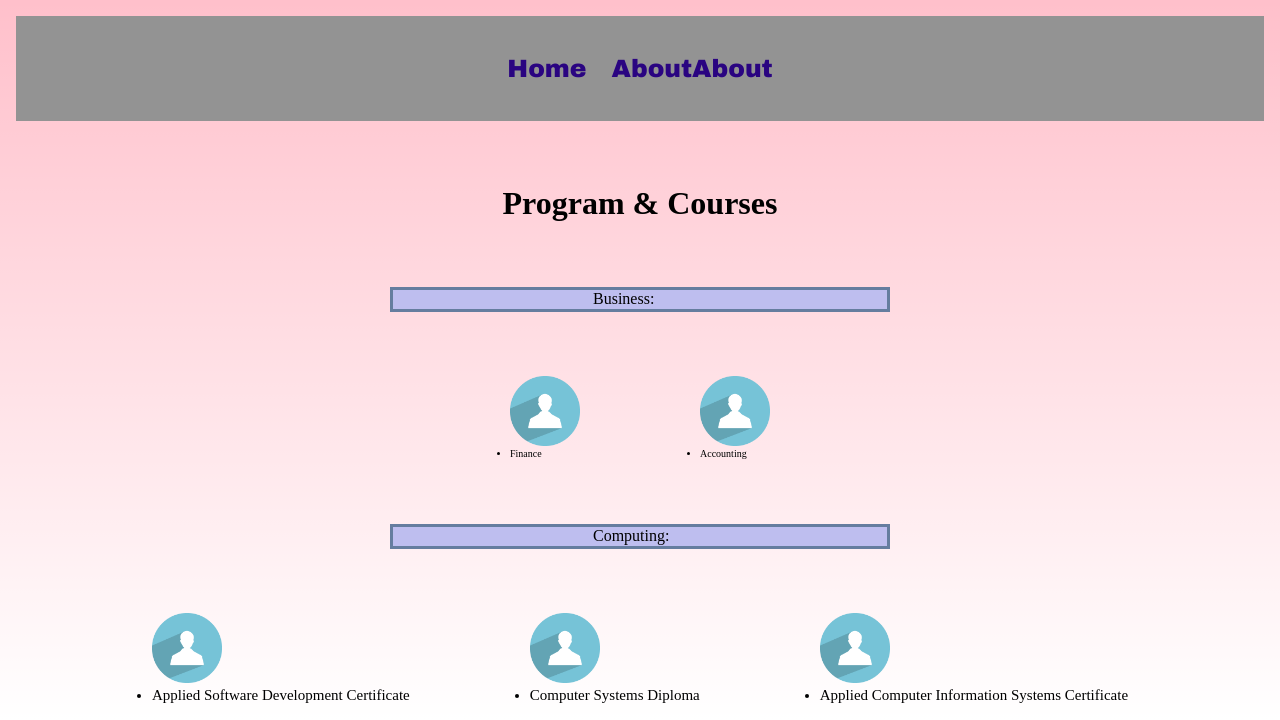
Repository: anoncoderin/madhu-assignment3
Page: /
These files come from the project's save history. The page is drawn as it stood at one moment and after the next save; the edit follows.
The browser window is 1280 px wide. The pictures show the whole page.
The project was rebuilt for these pictures with package versions that can differ from the ones it lists, and the page was loaded fresh each time. The framework's server and built-in components were replaced by stand-ins that run in the browser. Also part of the build but not shown: next.config.js, components/Card/Card.module.css.

Above is the page before, as saved 2023-01-22 23:05:44.

After the next save:
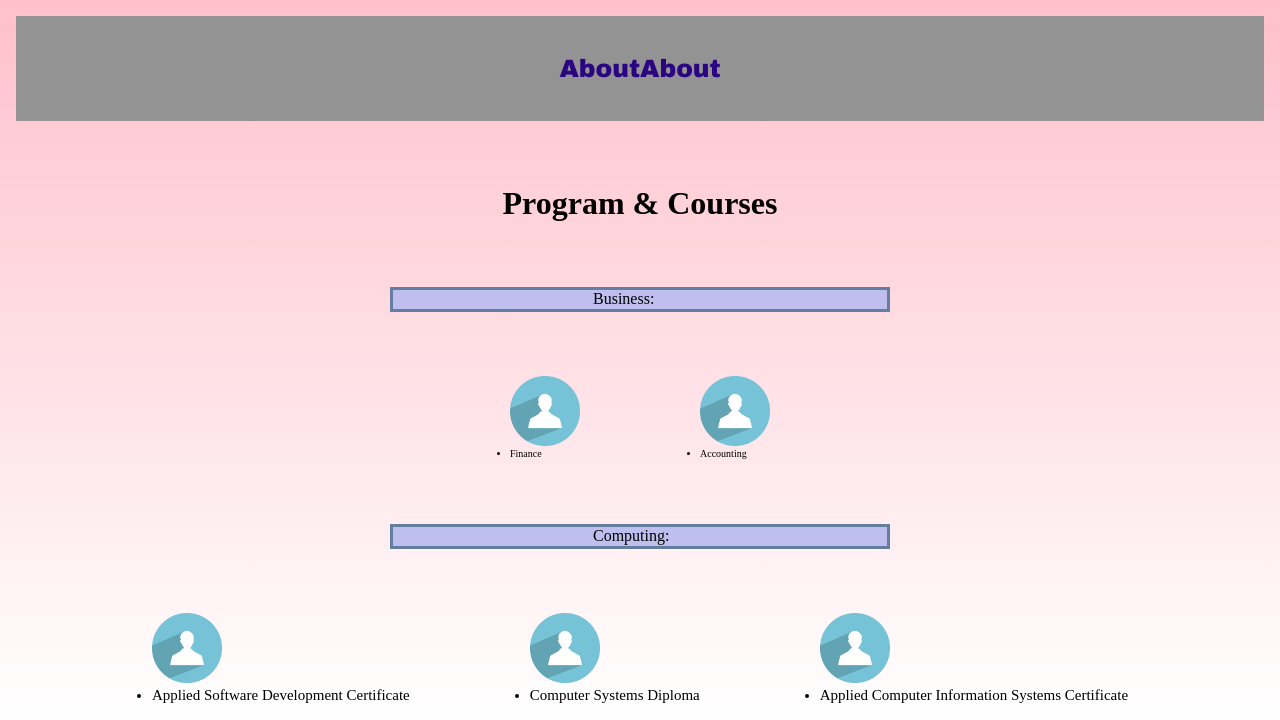
Saved 7 s later.
--- a/pages/index.js
+++ b/pages/index.js
@@ -19,7 +19,7 @@
       <main className={styles.main}>
         <div className={styles.nav}>
         <p>
-          Home &nbsp;&nbsp;
+
           <Link href="about"><b>About</b></Link>
           <Link href="about"><b>About</b></Link>
         </p>
